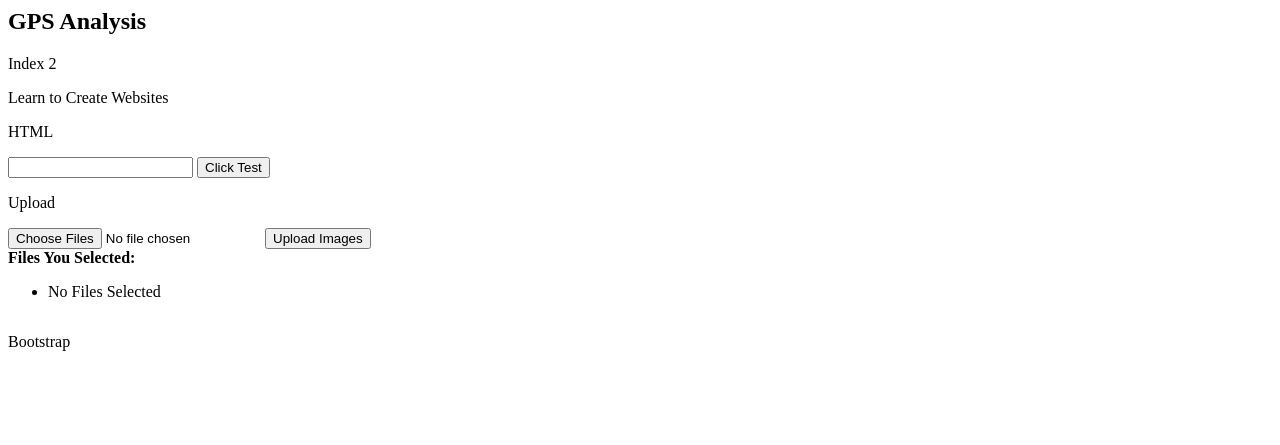
Repository: hanjangchen/Raspberry
Page: prjGAEGPSAnalysis/prjGPSAnalysis/src/static/my_ng_templates/desktop/index_data_analysis.html
An editor plug-in stored every save of this project. The page is shown before and after the next save, followed by the edit.
The browser window is 1280 px wide. The pictures show the whole page.

Above is the page before, as saved 2014-11-02 22:14:13.
Console error: ReferenceError: $ is not defined

After the next save:
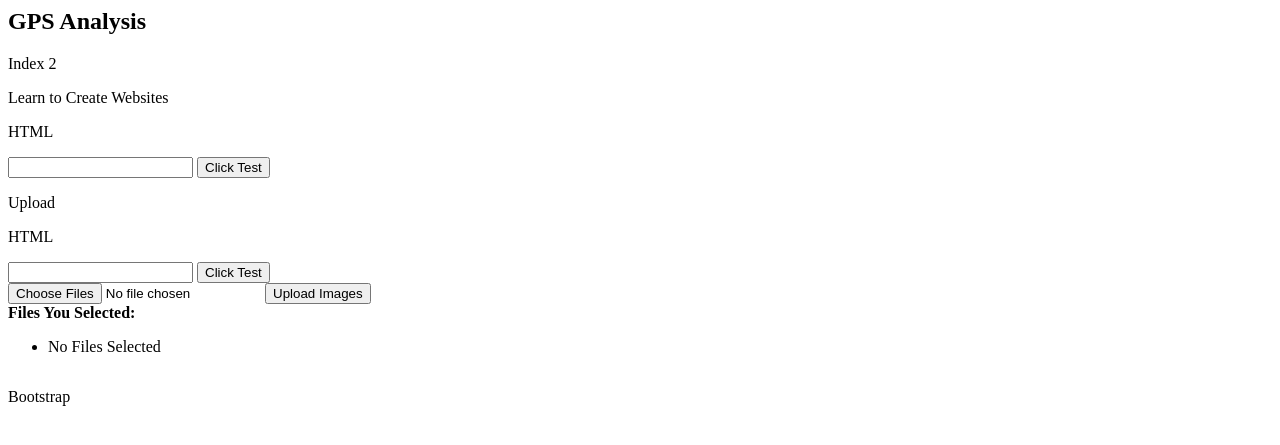
Saved 9 min 27 s later.
--- a/prjGAEGPSAnalysis/prjGPSAnalysis/src/static/my_ng_templates/desktop/index_data_analysis.html
+++ b/prjGAEGPSAnalysis/prjGPSAnalysis/src/static/my_ng_templates/desktop/index_data_analysis.html
@@ -19,6 +19,11 @@
 		</div>
 		<div class="col-xs-4 col-sm-4 col-md-4 col-lg-4 text-center">
 			<p>Upload</p>
+			<div>
+				<p>HTML</p>
+				<input type="text" ng-model="images_data_to_upload">
+				<input type="button" value="Click Test" ng-click= "ctrl.upload_img_to_blobstore()" >
+			</div>
 			<div class="col-xs-12 col-sm-12 col-md-12 col-lg-12 form-group text-center">
 				<input type="file" id="images_for_upload" name="images_for_upload"
 					multiple="true" value="Add Images" accept="image/*"
